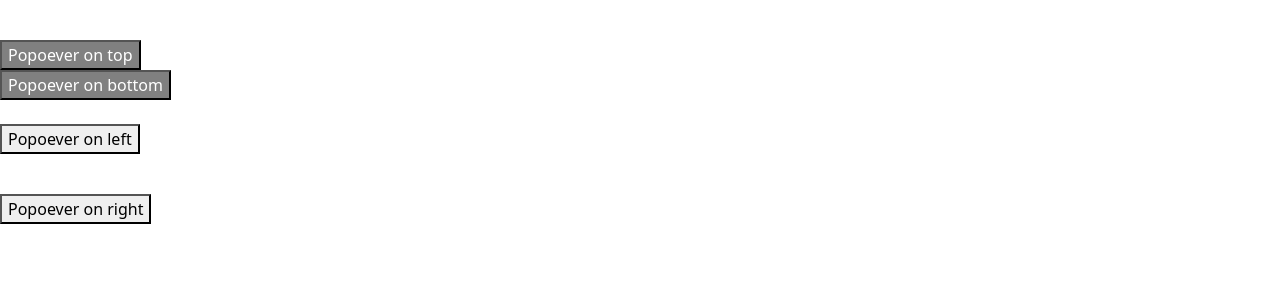
Repository: 1509Long/1509long.github.io
Page: exam.html
These files come from the project's save history. The page is drawn as it stood at one moment and after the next save; the edit follows.
The browser window is 1280 px wide. The pictures show the whole page.

Above is the page before, as saved 2022-05-24 20:32:02.

### exam.html
<!DOCTYPE html>
<html lang="en">
  <head>
    <title>Title</title>
    <!-- Required meta tags -->
    <meta charset="utf-8" />
    <meta
      name="viewport"
      content="width=device-width, initial-scale=1, shrink-to-fit=no"
    />

    <!-- Bootstrap CSS v5.0.2 -->
    <link
      rel="stylesheet"
      href="https://cdn.jsdelivr.net/npm/bootstrap@5.0.2/dist/css/bootstrap.min.css"
      integrity="sha384-EVSTQN3/azprG1Anm3QDgpJLIm9Nao0Yz1ztcQTwFspd3yD65VohhpuuCOmLASjC"
      crossorigin="anonymous"
    />
    <style>
      .toggle-top , .toggle-bottom , .toggle-left , .toggle-right {
        visibility: hidden;
      }

      #button {
        color: #fff;
        background-color: grey;
        padding: px px
      }


    </style>
  </head>
  <body>
      <div class="part1">
        <div>
          <div class="toggle-top box" id="top"><p>Top popoever</p></div>
          <button id="button" onclick="boxA()">Popoever on top</button>
        </div>
        <div>
          <button id="button" onclick="boxB()">Popoever on bottom</button>
          <div class="toggle-bottom box" id="bottom">Bottom popover</div>
        </div>
        <div>
          <button class="button" onclick="boxC()">Popoever on left</button>
          <div class="toggle-left box" id="left"><p>Bottom popover</p></div>
        </div>
        <div>
          <button class="button" onclick="boxD()">Popoever on right</button>
          <div class="toggle-right box" id="right"><p>Right popover</p></div>
        </div>
      </div>



    <!-- Bootstrap JavaScript Libraries -->
    <script src="https://unpkg.com/@popperjs/core@2"></script>
    <script
      src="https://cdn.jsdelivr.net/npm/@popperjs/core@2.9.2/dist/umd/popper.min.js"
      integrity="sha384-IQsoLXl5PILFhosVNubq5LC7Qb9DXgDA9i+tQ8Zj3iwWAwPtgFTxbJ8NT4GN1R8p"
      crossorigin="anonymous"
    ></script>
    <script
      src="https://cdn.jsdelivr.net/npm/bootstrap@5.0.2/dist/js/bootstrap.min.js"
      integrity="sha384-cVKIPhGWiC2Al4u+LWgxfKTRIcfu0JTxR+EQDz/bgldoEyl4H0zUF0QKbrJ0EcQF"
      crossorigin="anonymous"
    ></script>

    <script>
      function boxA () {
        let click = document.getElementById("top");
        console.log(click);
        click.classList.toggle("toggle-top");
      }

      function boxB () {
        let click = document.getElementById("bottom");
        console.log(click);
        click.classList.toggle("toggle-bottom");
      }

      function boxC () {
        let click = document.getElementById("left");
        console.log(click);
        click.classList.toggle("toggle-left");
      }

      function boxD () {
        let click = document.getElementById("right");
        console.log(click);
        click.classList.toggle("toggle-right");
      }
    </script>
  </body>
</html>

After the next save:
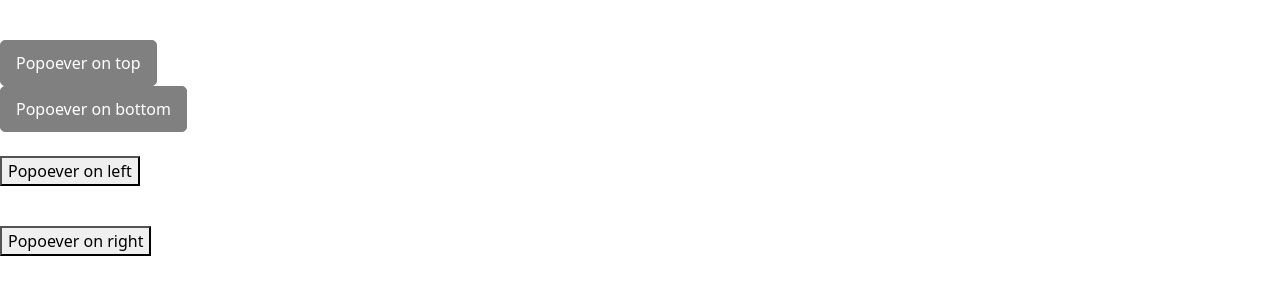
Saved 35 s later.
--- a/exam.html
+++ b/exam.html
@@ -24,7 +24,9 @@
       #button {
         color: #fff;
         background-color: grey;
-        padding: px px
+        padding: 10px 15px;
+        border: 1px solid grey;
+        border-radius: 5px;
       }
 
 
